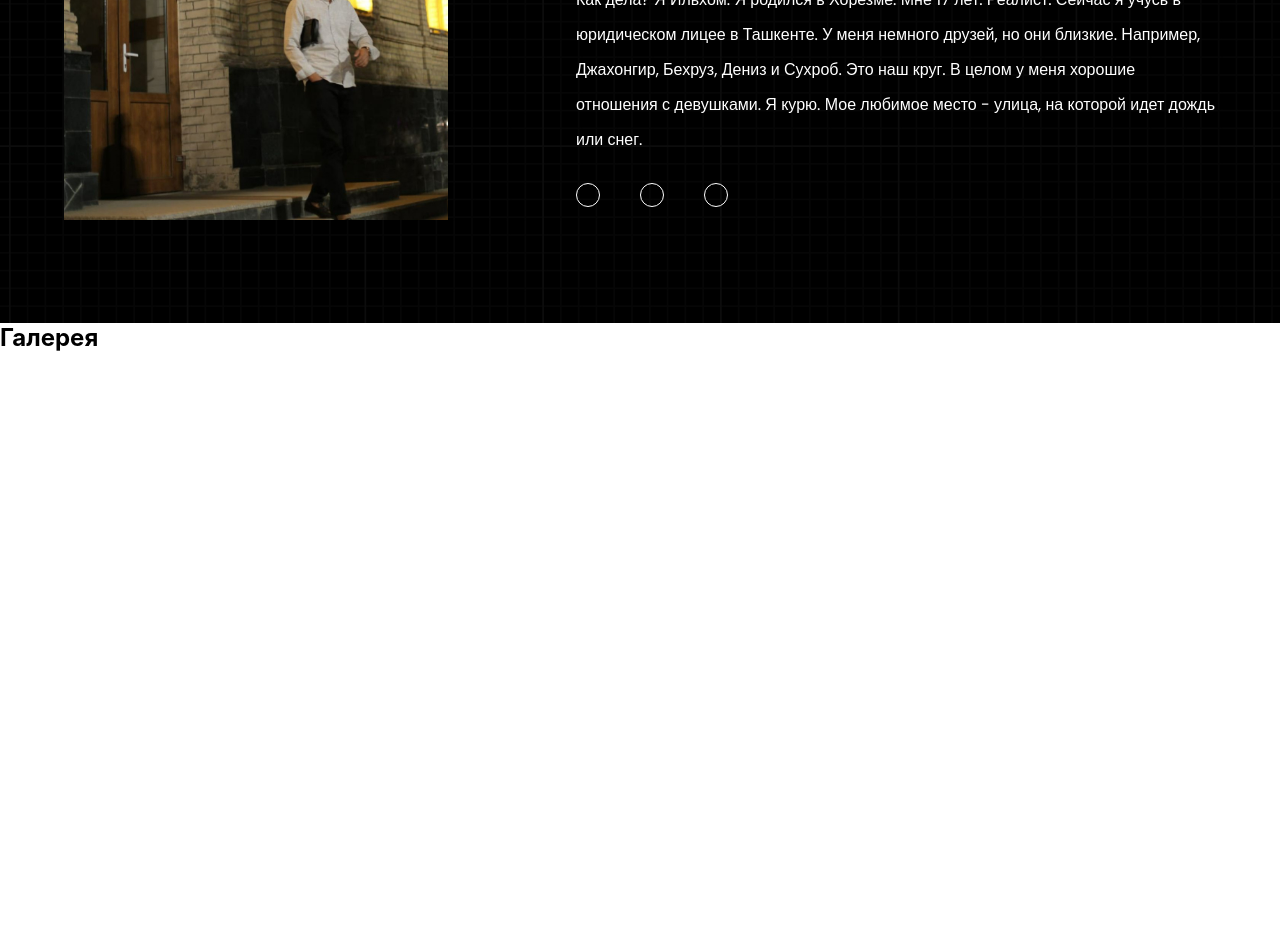
Repository: sardorexe/xishnik
Page: /
An editor plug-in stored every save of this project. The page is shown before and after the next save, followed by the edit.
The browser window is 1280 px wide. The pictures show the part of the page from y = 1117 to 2069 px (the page is 2160 px tall).
Some icons come from a web library that is not loaded, so they are not drawn. Some web libraries are served in a nearby version. The project was rebuilt for these pictures with package versions that can differ from the ones it lists, and the page was loaded fresh each time. Some packages were replaced by stand-ins written for this rebuild. The framework's server and built-in components were replaced by stand-ins that run in the browser. Also part of the build but not shown: next.config.js.

Above is the page before, as saved 2021-09-27 21:18:40.

### pages/_app.js
import "../styles/globals.css";
import Layout from "../comps/layout";
import Head from "next/head";

function MyApp({ Component, pageProps }) {
  return (
    <>
      <Head>
        <link
          rel="stylesheet"
          href="https://pro.fontawesome.com/releases/v5.10.0/css/all.css"
          integrity="sha384-AYmEC3Yw5cVb3ZcuHtOA93w35dYTsvhLPVnYs9eStHfGJvOvKxVfELGroGkvsg+p"
          crossorigin="anonymous"
        />
      </Head>
      <Layout>
        <Component {...pageProps} />
      </Layout>
    </>
  );
}

export default MyApp;

### pages/_document.js
import Document, { Html, Head, Main, NextScript } from "next/document";

class MyDocument extends Document {
  static async getInitialProps(ctx) {
    const initialProps = await Document.getInitialProps(ctx);
    return { ...initialProps };
  }

  render() {
    return (
      <Html lang="en">
        <Head />
        <body>
          <Main />
          <NextScript />
        </body>
      </Html>
    );
  }
}

export default MyDocument

### pages/index.js
import Head from "next/head";
import Biography from "../comps/Biography";
import Gallery from "../comps/Gallery";
import Header from "../comps/Header";

export default function Home() {
  return (
    <>
      <Head>
        <title>Xishnik</title>
        <meta name="description" content="Xishnik gang bang" />
        <link rel="preconnect" href="https://fonts.googleapis.com" />
        <link rel="preconnect" href="https://fonts.gstatic.com" crossOrigin />
        <link
          href="https://fonts.googleapis.com/css2?family=Montserrat:wght@100;300;400;700&family=Poppins:wght@300;400;500;700&family=Quicksand:wght@700&display=swap&family=Racing+Sans+One&display=swap"
          rel="stylesheet"
        />
      </Head>
      <Header />
      <Biography />
      <Gallery />
    </>
  );
}

### styles/globals.css
::-webkit-scrollbar {
  display: none;
}

html,
body {
  padding: 0;
  margin: 0;
  font-family: -apple-system, BlinkMacSystemFont, Segoe UI, Roboto, Oxygen,
    Ubuntu, Cantarell, Fira Sans, Droid Sans, Helvetica Neue, sans-serif;
  box-sizing: border-box;
}

h1,
h2,
h3,
h4,
h5,
h6,
p {
  margin: 0;
  padding: 0;
}

a {
  color: inherit;
  text-decoration: none;
}

* {
  box-sizing: border-box;
}

### comps/layout.js
import Indicator from "./Indicator";

export default function Layout({ children }) {
  return (
    <>
      <Indicator />
      {children}
    </>
  );
}

### comps/Biography.js
import styles from "../styles/Biography.module.css";
import { useState, useEffect } from "react";
import AboutBox from "./miniComp/AboutBox";
import SocialMedia from "./miniComp/SocialMedia";

export default function Biography() {
  const [age, setAge] = useState(0);

  const calcAge = () => {
    let date = new Date();
    setAge(date.getFullYear() - 2004);
  };

  useEffect(() => {
    calcAge();
  }, []);

  return (
    <main className={styles.container}>
      <h1 className={styles.contentTitle}>Биография</h1>
      <div className={styles.parentContent}>
        <div className={styles.img}>
          <img
            src="/biography.jpg"
            width="100%"
            alt="xishnik, ilhom, xiwnik, hishnik, hiwnik, litsey, yurist, xorazm, gurlan"
          />
        </div>
        <div className={styles.content}>
          <h2>
            <li>Ильхaм Эгамберганов</li>
          </h2>
          <div className={styles.about}>
            <AboutBox
              icon="fal fa-calendar"
              title="Дата рождения"
              content="22.12.2004"
            />
            <AboutBox
              icon="fas fa-map-marker-alt"
              title="Место рождения"
              content="Хорезм, Узбекистан"
            />
            <AboutBox
              icon="fas fa-briefcase"
              title="Профессия"
              content="Юрист"
            />
          </div>
          <p className={styles.more}>
            Как дела? Я Ильхом. Я родился в Хорезме. Мне {age} лет. Реалист.
            Сейчас я учусь в юридическом лицее в Ташкенте. У меня немного
            друзей, но они близкие. Например, Джахонгир, Бехруз, Дениз и Сухроб.
            Это наш круг. В целом у меня хорошие отношения с девушками. Я курю.
            Мое любимое место - улица, на которой идет дождь или снег.
          </p>
          <div className={styles.social}>
            <SocialMedia
              icon="fab fa-instagram"
              url="https://instagram.com/xishnik_3583"
            />
            <SocialMedia icon="fas fa-phone" url="tel:+998974533583" />
            <SocialMedia
              icon="fab fa-telegram-plane"
              url="https://t.me/MR_ILKHAM"
            />
          </div>
        </div>
      </div>
      <div className={styles.freeContent}></div>
    </main>
  );
}

### comps/Gallery.js
import styles from "../styles/Gallery.module.css";

export default function Gallery() {
  return (
    <section className={styles.container}>
      <h1 className={styles.title}>Галерея</h1>
      <div className={styles.photos}>
        <div className={styles.photo}>
          <img src="/" alt="" />
        </div>
      </div>
    </section>
  );
}

### comps/Header.js
import styles from "../styles/Home.module.css";

export default function Header() {
  return (
    <>
      <header className={styles.header}>
        <div className={styles.background}>
          <video
            loop
            muted
            autoPlay
            style={{
              objectFit: "cover",
              height: "100%",
              width: "40%",
              opacity: "0.6",
            }}
            src="/background.mp4"
          ></video>
        </div>
        <div className={styles.content}>
          <div className={styles.textContent}>
            <h1>XISHNIK GANG</h1>
            <li> -- Я получу всё что хочу</li>
          </div>
        </div>
      </header>
    </>
  );
}

### comps/Indicator.js
import { useState, useEffect } from "react";

export default function Indicator() {
  const [width, setWidth] = useState(0);
  const watchScrolling = () => {
    let winScroll =
      document.body.scrollTop || document.documentElement.scrollTop;
    let height =
      document.documentElement.scrollHeight -
      document.documentElement.clientHeight;
    let scrolled = (winScroll / height) * 100;
    setWidth(scrolled);
  };

  useEffect(() => {
    window.onscroll = function () {
      watchScrolling();
    };
  }, [width]);

  return (
    <>
      <div className="indicator"></div>
      <style jsx>{`
        .indicator {
          position: fixed;
          top: 0;
          left: 0;
          width: ${width}%;
          height: 4px;
          background: #fff;
          z-index: 99999999;
        }
      `}</style>
    </>
  );
}

### styles/Biography.module.css
.container {
  background: url(/background.jpg);
  background-size: cover;
  background-repeat: no-repeat;
  display: flex;
  flex-direction: column;
  justify-content: space-between;
  align-items: center;
  color: #fff;
  min-height: 100vh;
}

.contentTitle {
  font-family: "Montserrat", sans-serif;
  font-weight: bold;
  margin-top: 55px;
  font-size: 40px;
}

.parentContent {
  display: flex;
  flex-direction: row;
  justify-content: space-around;
  width: 100%;
}

.content {
  display: flex;
  flex-direction: column;
  align-items: flex-start;
  justify-content: space-around;
  width: 50%;
}

.content h2 {
  margin-bottom: 40px;
}

.img {
  overflow: hidden;
  width: 30%;
}

.img img {
  width: 100%;
  height: 100%;
  object-fit: cover;
}

.about {
  display: flex;
  flex-direction: row;
  align-items: center;
  justify-content: space-between;
  flex-wrap: wrap;
}

.more {
  font-family: "Poppins", sans-serif;
  font-weight: medium;
  line-height: 35px;
}

.social {
  display: flex;
  flex-direction: row;
  align-items: flex-start;
}

.freeContent {
  margin-top: 15px;
}

### comps/miniComp/AboutBox.js
export default function AboutBox({ icon, title, content }) {
  return (
    <>
      <div className="aboutBox">
        <div className="icon">
          <i className={icon}></i>
        </div>
        <div className="text">
          <p className="title">{title}</p>
          <p className="content">{content}</p>
        </div>
      </div>
      <style jsx>{`
        .aboutBox {
          display: flex;
          flex-direction: row;
          align-items: center;
          justify-content: center;
          margin: 0 10px 10px 0;
        }

        .icon {
          display: flex;
          align-items: center;
          justify-content: center;
          margin-right: 10px;
          padding: 10px;
          border-right: 1px solid #fff;
        }

        .title {
          font-family: "Montserrat", sans-serif;
          color: #5a5a5a;
        }

        .content {
          font-family: "Poppins", sans-serif;
          font-weight: bold;
        }

        .icon i {
          color: #fff;
        }
      `}</style>
    </>
  );
}

### comps/miniComp/SocialMedia.js
import styles from "../../styles/Social.module.css";
import Link from "next/link";

export default function SocialMedia({ icon, url }) {
  return (
    <Link href={url}>
      <a className={styles.button} target="_blank">
        <span className={styles.background}></span>
        <i className={icon}></i>
      </a>
    </Link>
  );
}

### styles/Home.module.css
.header {
  background-color: #000;
  height: 100vh;
  display: flex;
  justify-content: center;
  align-items: center;
}

.background {
  width: 80%;
  height: 100vh;
  position: absolute;
  top: 0;
  left: 0;
}

.content {
  margin-left: 80px;
  width: 60%;
  height: 100%;
  z-index: 9999;
  display: flex;
  justify-content: center;
  align-items: center;
  background: rgb(0, 0, 0);
}

.content h1 {
  font-family: 'Racing Sans One', cursive;
  font-size: 46px;
  margin: 0;
  font-weight: 700;
  z-index: 9999;
  color: #fff;
}

.content li {
  color: rgba(255, 255, 255, 0.527);
  font-family: 'Inter', sans-serif;
  font-weight: lighter;
}

### styles/Social.module.css
.button {
  position: relative;
  border: 1px solid #fff;
  padding: 11px;
  display: flex;
  justify-content: center;
  align-items: center;
  border-radius: 50px;
  overflow: hidden;
  margin-right: 40px;
}

.background {
  position: absolute;
  top: 0;
  left: 0;
  width: 100%;
  height: 100%;
  background-color: #fff;
  transform: scaleY(0);
  transform-origin: top center;
  transition: transform 0.3s cubic-bezier(0.445, 0.05, 0.55, 0.95);
}

.button:hover .background {
  transform-origin: bottom center;
  transform: scaleY(1);
}

.button i {
  color: #fff;
  z-index: 1;
  font-size: 20px;
  transition: color 0.3s ease;
}

.button:hover i {
    color: #000;
}

Loaded but not shown: styles/Gallery.module.css (common file)

After the next save:
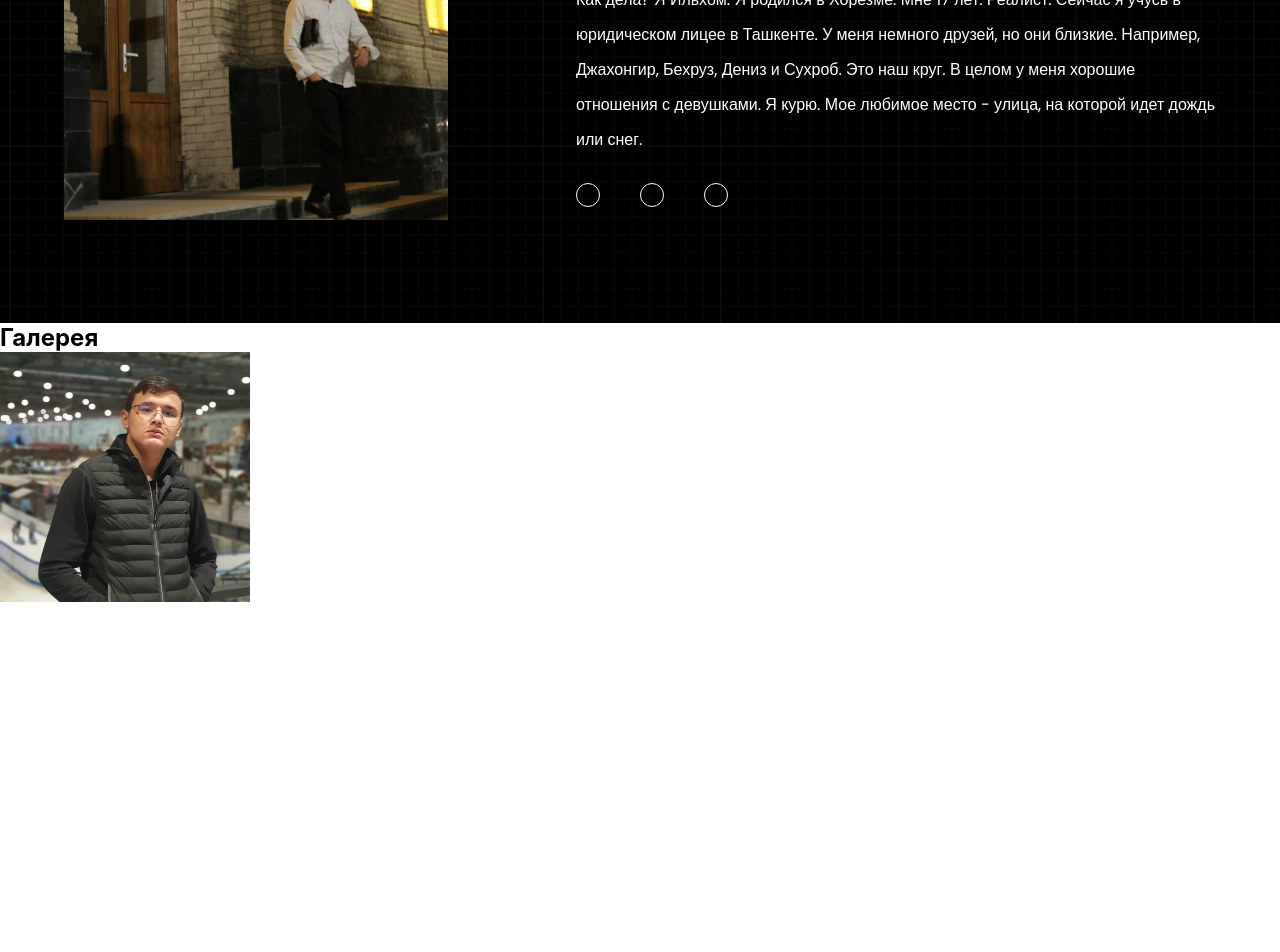
Saved 4 s later.
--- a/comps/Gallery.js
+++ b/comps/Gallery.js
@@ -6,7 +6,7 @@ export default function Gallery() {
       <h1 className={styles.title}>Галерея</h1>
       <div className={styles.photos}>
         <div className={styles.photo}>
-          <img src="/" alt="" />
+          <img src="/gallery1.jpg" alt="" />
         </div>
       </div>
     </section>
